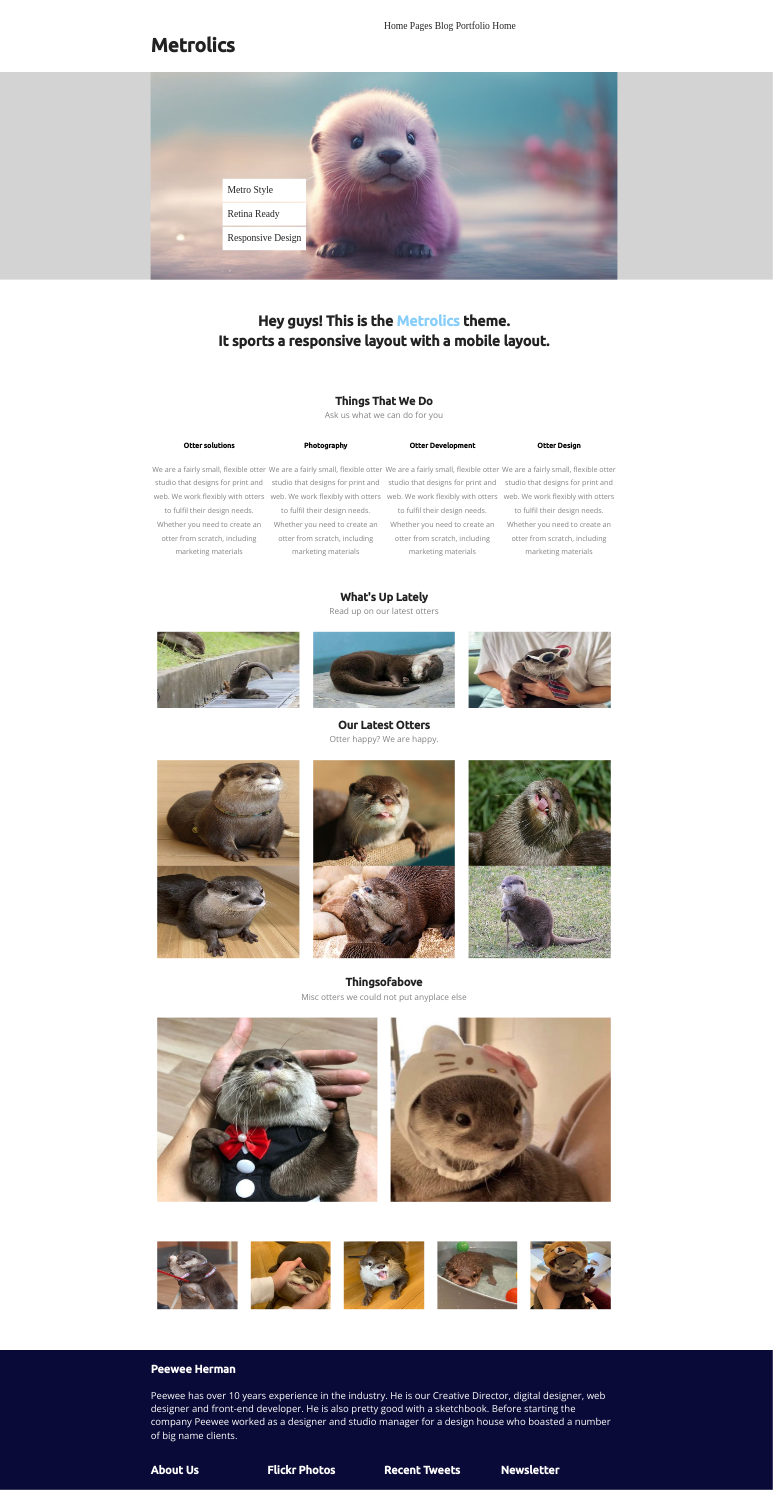
Repository: kennyharman/Marlowe_Kenny_Lab_02B
Page: index.html
The author's editor kept a copy of each file at every save. The page is drawn from the files as they stood at one save, then again after the next save.
The browser window is 1280 px wide. The page is 1296 px wide, so the pictures cover 1296 px, including what lies to the right of the window. The pictures show the whole page, at 60% of full size.

Above is the page before, as saved 2024-02-08 18:19:17.

### index.html
<!doctype html>
<html class="no-js" lang="EN">

<head>
  <meta charset="utf-8">
  <meta name="viewport" content="width=device-width, initial-scale=1">
  <title></title>
  <link rel="stylesheet" href="css/style.css">
  <link href="https://fonts.googleapis.com/css2?family=Open+Sans:ital,wght@0,400;0,700;1,400&family=Ubuntu:ital,wght@0,300;0,500;1,300&display=swap" rel="stylesheet">
  <meta name="description" content="">

  <meta property="og:title" content="Metrolics page">
  <meta property="og:type" content="website">
  <meta property="og:url" content="http://localhost:8888/metrolics/">

  <link rel="icon" href="/favicon.ico" sizes="any">
  <link rel="icon" href="/icon.svg" type="image/svg+xml">
  <link rel="apple-touch-icon" href="icon.png">

  <link rel="manifest" href="site.webmanifest">
  <meta name="theme-color" content="#fafafa">
</head>

<body class="page">
  <script src="js/app.js"></script>

<header class="page__header">
  <div class="row m-col-2 l-col-2 menu">
    <div class="col header__menu-logo">
      <h1>Metrolics</h1>
    </div>
    <div class="col header__menu-nav">
      Home
      Pages
      Blog
      Portfolio
      Home
    </div>
</header>

<main>
  <div class="page__banner">
    <div class="col banner-header">
      <img src="images/pink_otter.jpg">
      <ul class="listed-items">
        <li class="listed-items--blue">Metro Style</li>
        <li class="listed-items--red">Retina Ready</li>
        <li class="listed-items--yellow">Responsive Design</li>
      </ul>
    </div>
  </div>
  <div class="page__section">
    <div class="row header">
      <div class="col header-text">
        <h2>Hey guys! This is the <span class="text__color-change">Metrolics</span> theme.<br/>It sports a responsive layout with a mobile layout.</h2>
      </div>
    </div>
  </div>

  <div class="section-services">
    <div class="row m-col-2 l-col-4">
      <div class="col m-row-span l-row-span heading">
        <h3>Things That We Do</h3>
        <p>Ask us what we can do for you</p>
      </div>
      <div class="col services-card">
        <h4>Otter solutions</h4>
        We are a fairly small, flexible otter studio that designs for print and web. We work flexibly with otters to fulfil their design needs. Whether you need to create an otter from scratch, including marketing materials
      </div>
      <div class="col services-card">
        <h4>Photography</h4>
        We are a fairly small, flexible otter studio that designs for print and web. We work flexibly with otters to fulfil their design needs. Whether you need to create an otter from scratch, including marketing materials
      </div>
      <div class="col services-card">
        <h4>Otter Development</h4>
        We are a fairly small, flexible otter studio that designs for print and web. We work flexibly with otters to fulfil their design needs. Whether you need to create an otter from scratch, including marketing materials
      </div>
      <div class="col services-card">
        <h4>Otter Design</h4>
        We are a fairly small, flexible otter studio that designs for print and web. We work flexibly with otters to fulfil their design needs. Whether you need to create an otter from scratch, including marketing materials
      </div>
    </div>
  </div>
    </div>
  </div>

  <div class="section-work">
    <div class="row m-col-2 l-col-3">
      <div class="col m-row-span l-row-span heading">
        <h3>What's Up Lately</h3>
        <p>Read up on our latest otters</p>
      </div>
      <div class="col m-row-span image">
        <img src="images/otter7.jpg" alt="Otter Fall">
      </div>
      <div class="col image">
        <img src="images/otter8.jpg" alt="Sleepy Otter">
      </div>
      <div class="col image">
        <img src="images/otter9.jpg" alt="Madi the Otter">
      </div>
    </div>
  </div>

  <div class="section-projects">
    <div class="row m-col-2 l-col-3">
      <div class="col m-row-span l-row-span heading">
        <h3>Our Latest Otters</h3>
        <p>Otter happy? We are happy.</p>
      </div>
      <div class="col image">
        <img src="images/otter1.jpg" alt="Curious Otter">
      </div>
      <div class="col image">
        <img src="images/otter2.jpg" alt="Teasing Otter">
      </div>
      <div class="col image">
        <img src="images/otter3.jpg" alt="Otter Playing Dead">
      </div>
      <div class="col image">
        <img src="images/otter4.jpg" alt="Pondering Otter">
      </div>
      <div class="col image">
        <img src="images/otter5.jpg" alt="Loving Otters">
      </div>
      <div class="col image">
        <img src="images/otter6.jpg" alt="Wise Otter">
      </div>
    </div>
  </div>

  <div class="section-misc">
    <div class="row l-col-2">
      <div class="col l-row-span heading">
        <h3>Thingsofabove</h3>
        <p>Misc otters we could not put anyplace else</p>
      </div>
      <div class="col misc-content">
        <img src="images/otter10.jpg" alt="Snazzy Otter">
      </div>
      <div class="col misc-content">
        <img src="images/otter11.jpg" alt="Hello Kitty Otter">
      </div>
    </div>
  </div>

  <div class="section-affiliates">
    <div class="row m-col-5 l-col-5">
      <div class="col affiliates-card">
        <img src="images/otter12.jpg" alt="Otter Hug">
      </div>
      <div class="col affiliates-card">
        <img src="images/otter13.jpg" alt="Otter Stretch">
      </div>
      <div class="col affiliates-card">
        <img src="images/otter14.jpg" alt="Surprised Otter">
      </div>
      <div class="col affiliates-card">
        <img src="images/otter15.jpg" alt="Otter Bath">
      </div>
      <div class="col affiliates-card">
        <img src="images/otter16.jpg" alt="Otter Bear">
      </div>
    </div>
  </div>
</main>
<footer class="page__footer">
  <div class="row m-col-2 l-col-4 footer">
    <div class="col m-row-span l-row-span footer-heading">
      <h3>Peewee Herman</h3>
      <p>Peewee has over 10 years experience in the industry. He is our Creative Director, digital designer, web designer and front-end developer. He is also pretty good with a sketchbook. Before starting the company Peewee worked as a designer and studio manager for a design house who boasted a number of big name clients.</p>
    </div>
    <div class="col footer-item">
      <h3>About Us</h3>
    </div>
    <div class="col footer-item">
      <h3>Flickr Photos</h3>
    </div>
    <div class="col footer-item">
      <h3>Recent Tweets</h3>
    </div>
    <div class="col footer-item">
      <h3>Newsletter</h3>
    </div>
  </div>
</footer>
</body>

### css/style.css
/*! HTML5 Boilerplate v9.0.0-RC1 | MIT License | https://html5boilerplate.com/ */

/* main.css 3.0.0 | MIT License | https://github.com/h5bp/main.css#readme */
/*
 * What follows is the result of much research on cross-browser styling.
 * Credit left inline and big thanks to Nicolas Gallagher, Jonathan Neal,
 * Kroc Camen, and the H5BP dev community and team.
 */

/* ==========================================================================
   Base styles: opinionated defaults
   ========================================================================== */

html {
  color: #222;
  font-size: 1em;
  line-height: 1.4;
  margin-left: -1rem;
  margin-right: -1rem;
}

/*
 * Remove text-shadow in selection highlight:
 * https://twitter.com/miketaylr/status/12228805301
 *
 * Customize the background color to match your design.
 */

::-moz-selection {
  background: #b3d4fc;
  text-shadow: none;
}

::selection {
  background: #b3d4fc;
  text-shadow: none;
}

/*
 * A better looking default horizontal rule
 */

hr {
  display: block;
  height: 1px;
  border: 0;
  border-top: 1px solid #ccc;
  margin: 1em 0;
  padding: 0;
}

/*
 * Remove the gap between audio, canvas, iframes,
 * images, videos and the bottom of their containers:
 * https://github.com/h5bp/html5-boilerplate/issues/440
 */

audio,
canvas,
iframe,
img,
svg,
video {
  vertical-align: middle;
}

/*
 * Remove default fieldset styles.
 */

fieldset {
  border: 0;
  margin: 0;
  padding: 0;
}

/*
 * Allow only vertical resizing of textareas.
 */

textarea {
  resize: vertical;
}

/* ==========================================================================
   Author's custom styles
   ========================================================================== */

/* ==========================================================================
   Helper classes
   ========================================================================== */

/*
 * Hide visually and from screen readers
 */

.hidden,
[hidden] {
  display: none !important;
}

/*
 * Hide only visually, but have it available for screen readers:
 * https://snook.ca/archives/html_and_css/hiding-content-for-accessibility
 *
 * 1. For long content, line feeds are not interpreted as spaces and small width
 *    causes content to wrap 1 word per line:
 *    https://medium.com/@jessebeach/beware-smushed-off-screen-accessible-text-5952a4c2cbfe
 */

.visually-hidden {
  border: 0;
  clip: rect(0, 0, 0, 0);
  height: 1px;
  margin: -1px;
  overflow: hidden;
  padding: 0;
  position: absolute;
  white-space: nowrap;
  width: 1px;
  /* 1 */
}

/*
 * Extends the .visually-hidden class to allow the element
 * to be focusable when navigated to via the keyboard:
 * https://www.drupal.org/node/897638
 */

.visually-hidden.focusable:active,
.visually-hidden.focusable:focus {
  clip: auto;
  height: auto;
  margin: 0;
  overflow: visible;
  position: static;
  white-space: inherit;
  width: auto;
}

/*
 * Hide visually and from screen readers, but maintain layout
 */

.invisible {
  visibility: hidden;
}

/*
 * Clearfix: contain floats
 *
 * The use of `table` rather than `block` is only necessary if using
 * `::before` to contain the top-margins of child elements.
 */

.clearfix::before,
.clearfix::after {
  content: "";
  display: table;
}

.clearfix::after {
  clear: both;
}

/* ==========================================================================
   EXAMPLE Media Queries for Responsive Design.
   These examples override the primary ('mobile first') styles.
   Modify as content requires.
   ========================================================================== */

@media only screen and (min-width: 35em) {
  /* Style adjustments for viewports that meet the condition */
}

@media print,
  (-webkit-min-device-pixel-ratio: 1.25),
  (min-resolution: 1.25dppx),
  (min-resolution: 120dpi) {
  /* Style adjustments for high resolution devices */
}

/* ==========================================================================
   Print styles.
   Inlined to avoid the additional HTTP request:
   https://www.phpied.com/delay-loading-your-print-css/
   ========================================================================== */

@media print {
  *,
  *::before,
  *::after {
    background: #fff !important;
    color: #000 !important;
    /* Black prints faster */
    box-shadow: none !important;
    text-shadow: none !important;
  }

  a,
  a:visited {
    text-decoration: underline;
  }

  a[href]::after {
    content: " (" attr(href) ")";
  }

  abbr[title]::after {
    content: " (" attr(title) ")";
  }

  /*
   * Don't show links that are fragment identifiers,
   * or use the `javascript:` pseudo protocol
   */
  a[href^="#"]::after,
  a[href^="javascript:"]::after {
    content: "";
  }

  pre {
    white-space: pre-wrap !important;
  }

  pre,
  blockquote {
    border: 1px solid #999;
    page-break-inside: avoid;
  }

  tr,
  img {
    page-break-inside: avoid;
  }

  p,
  h2,
  h3 {
    orphans: 3;
    widows: 3;
  }

  h2,
  h3 {
    page-break-after: avoid;
  }
}

/* Our Styling */

h1,
h2,
h3,
h4,
h5,
h6 {
    font-family: 'Ubuntu', sans-serif;
}

p {
    font-family: 'Open Sans', sans-serif;
}

.row {
  display: grid;
  margin-top: 2rem;
}
.col {
  position: relative;
}

.page__header,
.banner-header,
.page__section,
.section-services,
.section-work,
.section-projects,
.section-misc,
.section-affiliates,
.footer {
  margin: auto;
  width: 60%;
}

.heading {
  display: flex;
  flex-direction: column;
  align-items: center;
  padding: 0 auto;
}

.heading > h3 {
  margin-bottom: 0;
}

.heading > p {
  margin-top: 0;
  font-size: 14px;
  color: grey;
}

.header-text {
  text-align: center;
}

.text__color-change {
  color: lightskyblue;
}

.listed-items {
  position: absolute;
  top: 10rem;
  left: 5rem;
  list-style-type: none;
}

.listed-items > li {
  background-color: white;
  margin-top: 2px;
  padding: 0.5rem;
  border-left: 2px blue;
}

.listed-items--blue > li {
  border-left: solid 1px blue;
}

.banner-header {
  position: relative;
}

.services-card {
  text-align: center;
  font-size: 12px;
  padding: 0px;
  color: grey;
  font-family: 'Open Sans', sans-serif;
  line-height: 23px;
}

.services-card > h4 {
  color: black;
}

.image {
  padding: 0.7rem;
  margin-bottom: -100px;
}

.image > img {
  width: 100%;
  height: 70%;
}

.misc-content {
  margin-top: 1.5rem;
  margin: 0.7rem;
  margin-bottom: -2rem;
}

.misc-content > img {
  width: 100%;
  height: 85%;
}

.affiliates-card {
  margin: 0.7rem;
  margin-bottom: 3rem;
}

.affiliates-card > img {
  width: 100%;
  height: 85%;;
}

.banner-header {
  justify-content: center;
}

.banner-header > img {
  width: 100%;
  max-height: 70%;
}

.page__banner {
  background-color: lightgray;
}

.page__footer {
  background-color: rgb(10, 10, 56);
  color: white;
}

/* Small only */
@media screen and (max-width: 39.9375em) {
  .page__header,
.banner-header,
.page__section,
.section-services,
.section-work,
.section-projects,
.section-misc,
.section-affiliates,
.footer {
  margin: auto;
  width: 20rem;
}

.header {
  margin: -5px;
}
  .header__menu-nav {
    display: none;
  }
  .page__banner {
    display: none;
  }
  .affiliates {
    display: none;
  }
  .misc {
    display: none;
  }
  .services-card {
    text-align: left;
    font-size: 12px;
    padding: 0px;
    color: grey;
    font-family: 'Open Sans', sans-serif;
    line-height: 15px;
    padding-top: 20px;
  }
  .services-card > h4 {
    line-height: 0px;
  }
}

/* Medium only */
@media screen and (min-width: 40em) and
(max-width: 63.9375em) {
  .row {
    max-width: 70rem;
    column-gap: 1.5rem;
    row-gap: 1.5rem;
    margin: 0 auto;
  }
  .m-col-2 {
    grid-template-columns: 1fr 1fr;
  }
  .m-col-3 {
    grid-template-columns: repeat(3, 1fr);
  }
  .m-col-4 {
    grid-template-columns: repeat(4, 1fr);
  }
  .m-col-5 {
    grid-template-columns: repeat(5, 1fr);
  }

  .m-row-span {
    grid-column-start: 1;
    grid-column-end: -1;
  }
}

/* Large only */
@media screen and (min-width: 64em) {
  .l-col-2 {
    grid-template-columns: 1fr 1fr;
  }
  .l-col-3 {
    grid-template-columns: repeat(3, 1fr);
  }
  .l-col-4 {
    grid-template-columns: repeat(4, 1fr);
  }
  .l-col-5 {
    grid-template-columns: repeat(5, 1fr);
  }

  .l-row-span {
    grid-column-start: 1;
    grid-column-end: -1;
  }
}

Loaded but not shown: js/app.js (no stored copy; drawn as an empty file)

After the next save:
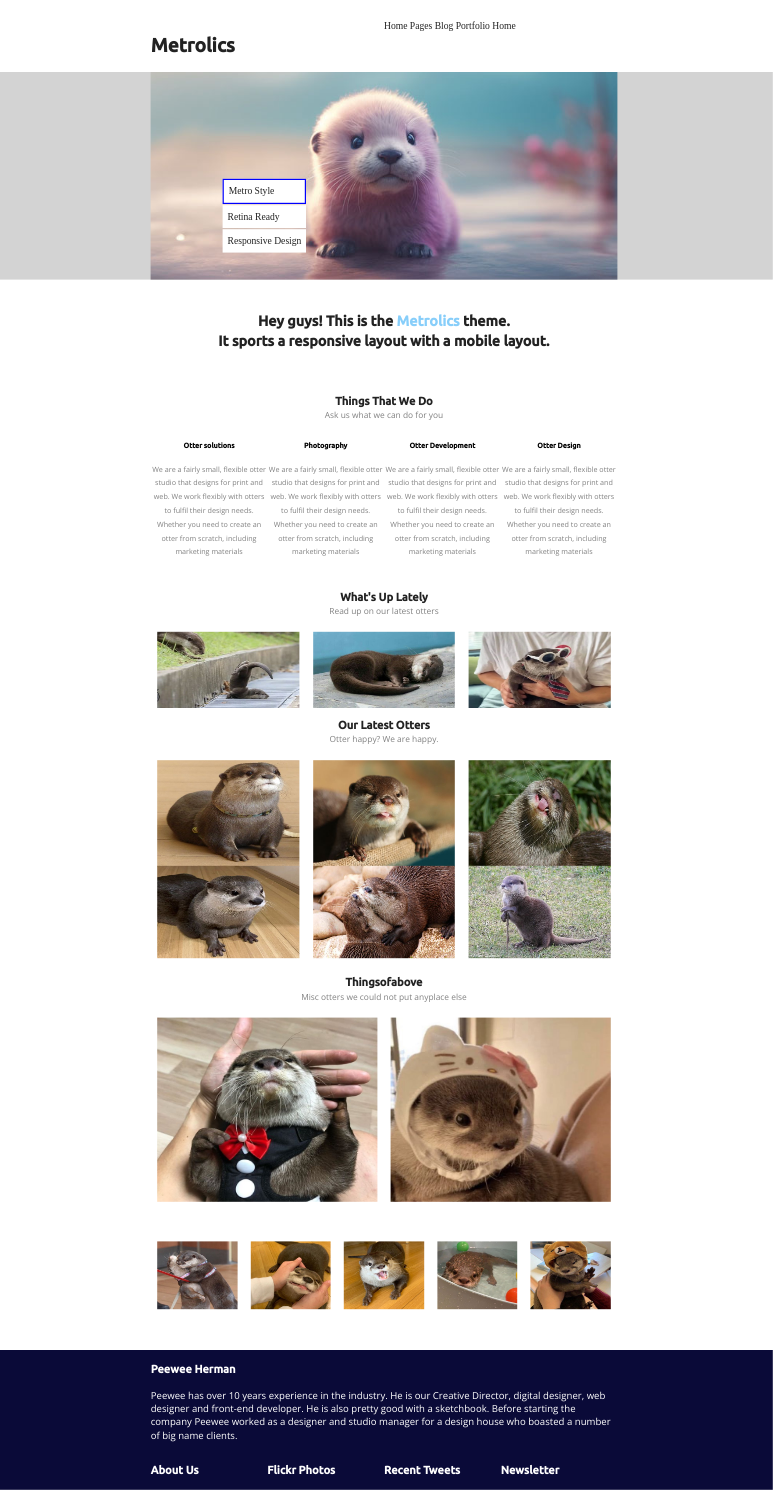
Saved 2 min 37 s later.
--- a/css/style.css
+++ b/css/style.css
@@ -319,13 +319,11 @@ p {
   background-color: white;
   margin-top: 2px;
   padding: 0.5rem;
-  border-left: 2px blue;
-}
-
-.listed-items--blue > li {
-  border-left: solid 1px blue;
-}
-
+}
+
+.listed-items li:nth-child(1) {
+  border: solid 2px blue;
+}
 .banner-header {
   position: relative;
 }
